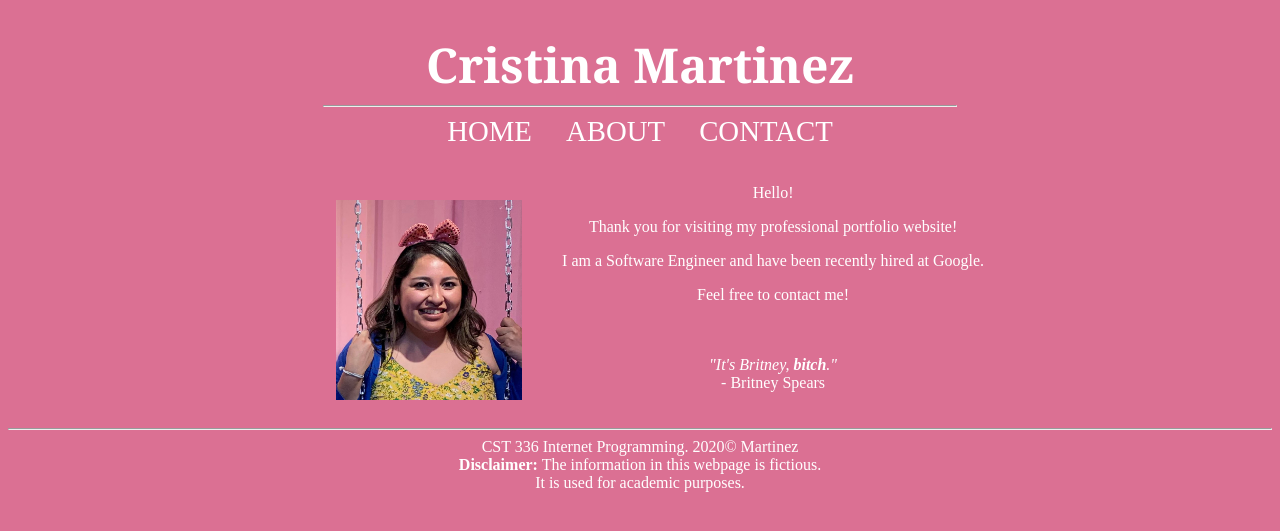
Repository: ctm93/Website1
Page: index.html
The author's editor kept a record of every edit. The page is drawn from the files as they stood at one moment, then again after the next edit.
The browser window is 1280 px wide. The pictures show the whole page.

Above is the page before.

### index.html
<!DOCTYPE html>
<html>
<!--

First Website
and comment
in html
(comments can span multiple lines)

-->

<!-- This is the head -->
<!-- All styles and javascript go inside the head -->
<head>
    <meta charset="utf-8" />
    <title> Cristina Martinez: Personal Site</title>


    <link  href="css/styles.css" rel="stylesheet">
</head>

<!-- closing head -->



    <!-- This is the body -->
    <!-- This is where we place the content of our website -->
        <body>
    <header>
        <h1> Cristina Martinez </h1>
    </header>

        <!-- The links to other pages in the website -->
    <nav>
        <hr width = "50%" />
        <a href = "index.html">HOME</a>
        <a href = "about.html">ABOUT</a>
        <a href = "contact.html">CONTACT</a>
    </nav>

    <br /><br />

<main>
       <!-- PICTURE -->


       <figure id="me">
           <img src="img/swing.jpg" alt= width="300" height="200">
       </figure id>

       <div id="welcomeText">
           Hello! <br />
           <p>Thank you for visiting my professional portfolio website!</p>
           <p>I am a Software Engineer and have been recently hired at Google.</p>
           <p>Feel free to contact me!</p>
           <br></br>
           <em>"It's Britney, <strong>bitch</strong>."</em><br />
           - Britney Spears
       </div>


</main>


        <title>

        </title>



        <!-- This is the footer -->
        <!-- The footer goes inside the body but not always -->
        <footer>

            <hr>
            CST 336 Internet Programming. 2020&copy; Martinez <br />
            <Strong>Disclaimer:</Strong> The information in this webpage is fictious.
            <br /> It is used for academic purposes.

        </footer>
        <!-- closing footer --






<!-- closing body -->

</body>

</html>

### css/styles.css




body {
    background-color:palevioletred;
    color:white;
    }

header, main, nav, footer {
    text-align:center;
}

nav a { /*links within "nav" container */
    padding:15px;
    padding-bottom:4px;
    font-size: 1.8em;
    text-decoration: none; /*removes underline */
    color:white; /* by default, links are blue */
}

nav a:hover {/*pseudo class*/
    border-bottom:2px orange solid;
    font-size: 2em;
    transition: .9s; /*transition effect */
}

figure, div{
    float: left;
}

#me, #welcomeText{
    float:left;
}

footer {
    clear:left;
}

main {
        display: flex;
        justify-content: center;
    }
    table {
        margin: 0 auto;
    }
    td {
        padding-right: 10px;
        font-size: 1.3em;
    }
    td strong {
        color: white;
    }
    #table-header {
        background-color: #00B2D8;
    }
    .table-row {
        background-color: #91004F;
    }
    ul {
        width:500px;
        margin: 0 auto;
        text-align: left;
    }
    .hobby {
        color: #A9005E;
    }
    h1{
        font-family: Georgia, serif;
        font-size: 3em;
        margin-bottom: 0px;
    }

After the next edit:
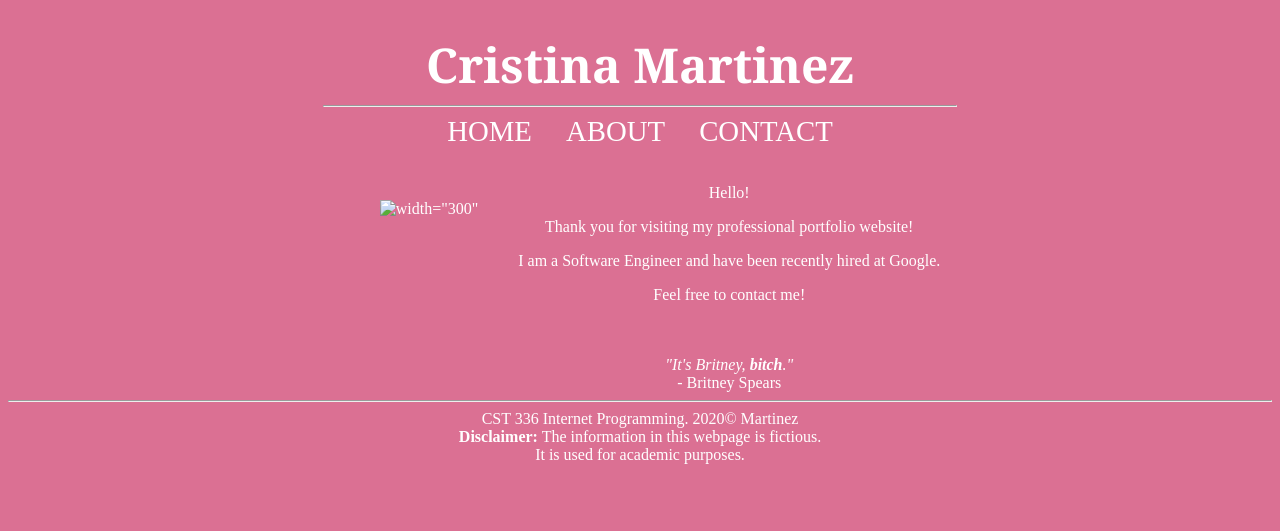
The edit:
--- a/index.html
+++ b/index.html
@@ -44,8 +44,8 @@
        <!-- PICTURE -->
 
 
-       <figure id="me">
-           <img src="img/swing.jpg" alt= width="300" height="200">
+       <figure>
+           <img id="img/swing.jpg" alt= width="300" height="200">
        </figure id>
 
        <div id="welcomeText">

After the 3 edits that followed:
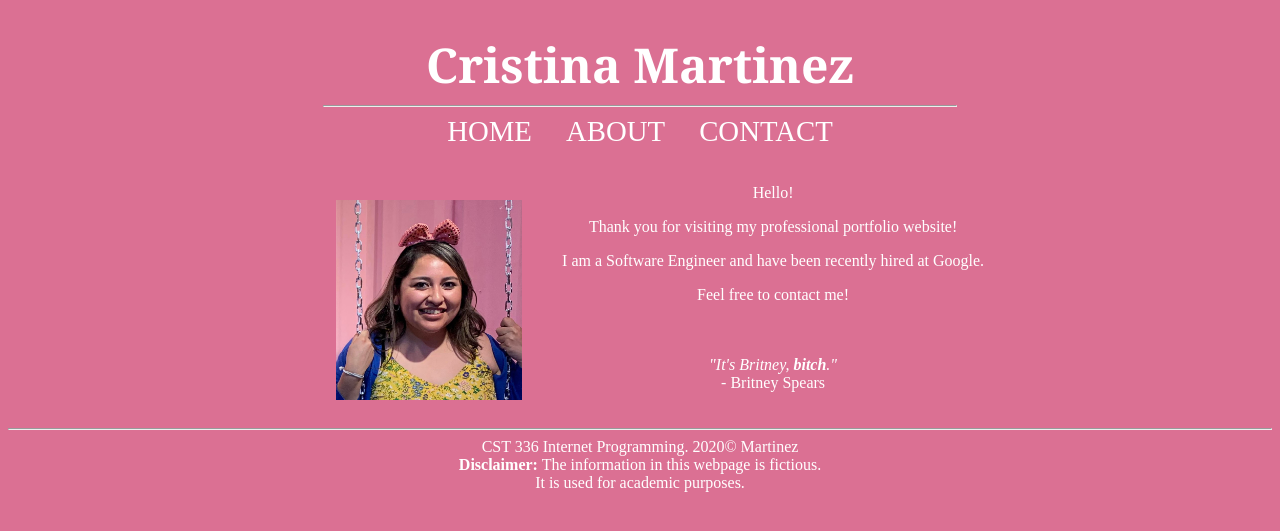
The 3 edits are shown as one change because 2 left the picture as it was.
The edit:
--- a/index.html
+++ b/index.html
@@ -45,10 +45,10 @@
 
 
        <figure>
-           <img id="img/swing.jpg" alt= width="300" height="200">
-       </figure id>
+           <img src="img/swing.jpg" alt= width="300" height="200">
+       </figure>
 
-       <div id="welcomeText">
+       <div>
            Hello! <br />
            <p>Thank you for visiting my professional portfolio website!</p>
            <p>I am a Software Engineer and have been recently hired at Google.</p>
